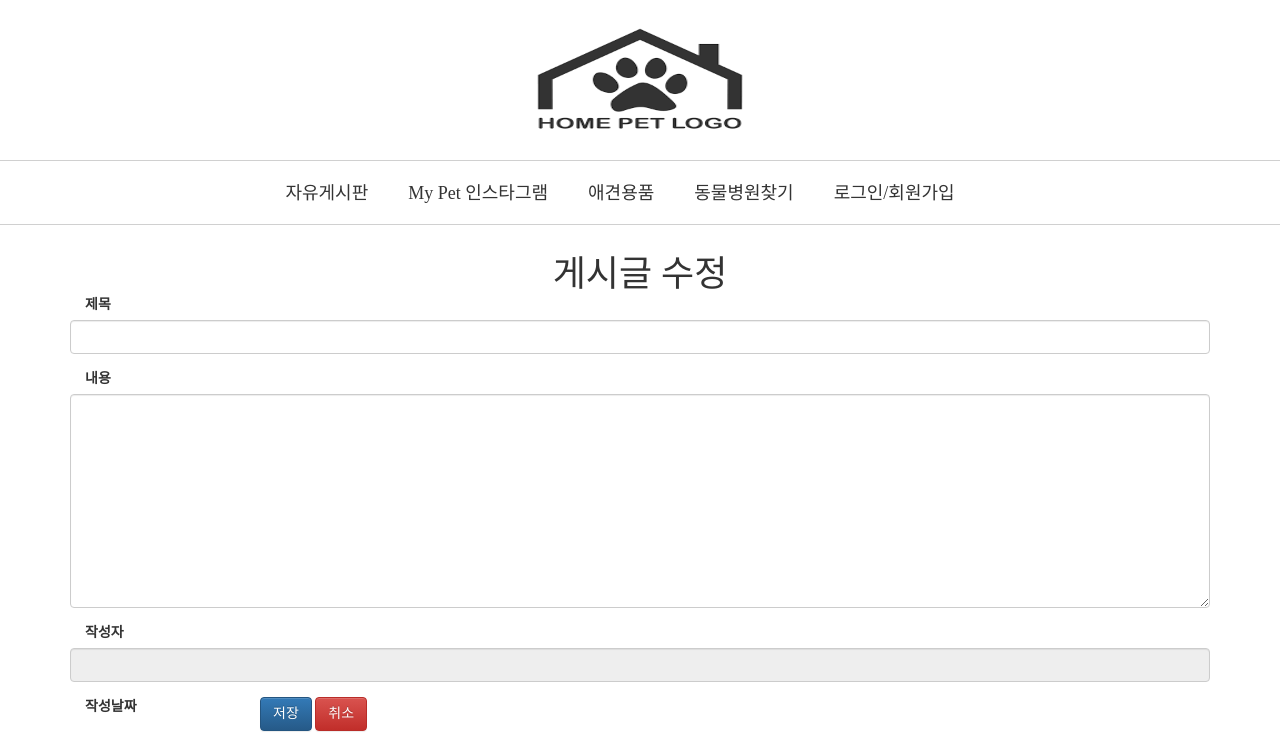
Repository: web1p1/pet
Page: http://localhost/Pet/WEB-INF/views/board/updateView.jsp
These files come from the project's save history. The page is drawn as it stood at one moment and after the next save; the edit follows.
The browser window is 1280 px wide. The pictures show the whole page.
Some web fonts or font styles are not loaded; a fallback is used. Some web libraries are served in a nearby version. The page is served by Tomcat 9. Nobody is signed in. Other server files are loaded and not shown. The template is opened directly, without the code that normally fills it, so the values that code supplies are empty.

Above is the page before, as saved 2023-07-20 04:53:13.

### pet/Pet/src/main/webapp/WEB-INF/views/board/updateView.jsp
<%@ page language="java" contentType="text/html; charset=UTF-8" pageEncoding="UTF-8"%>
<%@ taglib uri="http://java.sun.com/jsp/jstl/core" prefix="c" %>
<%@ taglib prefix="fmt" uri="http://java.sun.com/jsp/jstl/fmt"%>
<html>
	<head>
		<!-- 합쳐지고 최소화된 최신 CSS -->
		<link rel="stylesheet" href="https://maxcdn.bootstrapcdn.com/bootstrap/3.3.2/css/bootstrap.min.css">
		<!-- 부가적인 테마 -->
		<link rel="stylesheet" href="https://maxcdn.bootstrapcdn.com/bootstrap/3.3.2/css/bootstrap-theme.min.css">

		<script src="//cdnjs.cloudflare.com/ajax/libs/jquery/3.2.1/jquery.min.js"></script>
	 	<title>게시판</title>

	 	<style>
	 		.tit {
				text-align:center;
				font-family: 'SBAggroL';
				margin-top: -20px;
			}

			#container {
				  margin-top: -10px;
				  font-family: 'SBAggroL'
			}
	 	</style>
	</head>
	<script type="text/javascript">
		$(document).ready(function(){
			var formObj = $("form[name='updateForm']");

			$(".cancel_btn").on("click", function(){
				event.preventDefault();
				location.href = "/board/list";
			})

			$(".update_btn").on("click", function(){
				if(fn_valiChk()){
					return false;
				}
				formObj.attr("action", "/board/update");
				formObj.attr("method", "post");
				formObj.submit();
			})
		})

		function fn_valiChk(){
			var updateForm = $("form[name='updateForm'] .chk").length;
			for(var i = 0; i<updateForm; i++){
				if($(".chk").eq(i).val() == "" || $(".chk").eq(i).val() == null){
					alert($(".chk").eq(i).attr("title"));
					return true;
				}
			}
		}

	</script>
	<body>
	<%@ include file="/WEB-INF/views/index.jsp"%>
		<div class="container">
			<header>
				<h1 class="tit"> 게시글 수정</h1>
			</header>

			<section id="container">
				<form name="updateForm" role="form" method="post" action="/board/update">
					<input type="hidden" name="bno" value="${update.bno}" readonly="readonly"/>

						<div class="form-group">
						    <label for="title" class="col-sm-2 control-label">제목</label>
						    <input type="text" id="title" name="title" class="form-control chk" value="${update.title}" title="제목을 입력하세요" />
						</div>

						<div class="form-group">
						    <label for="content" class="col-sm-2 control-label">내용</label>
						    <textarea rows="10" cols="80" id="content" name="content" class="form-control chk" title="내용을 입력하세요"><c:out value="${update.content}" /></textarea>
						</div>

						<div class="form-group">
						    <label for="writer" class="col-sm-2 control-label">작성자</label>
						    <input type="text" id="writer" name="writer" class="form-control" value="${update.writer}" readonly="readonly" />
						</div>

						<div class="form-group">
						    <label for="regdate" class="col-sm-2 control-label">작성날짜</label>
						    <fmt:formatDate value="${update.regdate}" pattern="yyyy-MM-dd" />
						</div>

					<div>
						<button type="button" class="update_btn btn btn-primary">저장</button>
						<button type="button" class="cancel_btn btn btn-danger">취소</button>
					</div>
				</form>
			</section>
		</div>
	</body>
</html>

### pet/Pet/src/main/webapp/WEB-INF/views/index.jsp
<%@ page pageEncoding="UTF-8"%>
<!DOCTYPE html>
<html>
<head>
	<title>Home</title>
	<%@ taglib prefix="c" uri="http://java.sun.com/jsp/jstl/core" %>
    <%@ taglib prefix="fn" uri="http://java.sun.com/jsp/jstl/functions" %>
    <link href="${pageContext.request.contextPath}/resources/css/main.css" rel="stylesheet">
</head>

<body>

<div id="page">
		<div id="header">
			<a href="/"><img src="${pageContext.request.contextPath}/resources/img/mainlogo.png" style="width:250px; height :150px; margin-top:-20px;"></a>
		</div>

		<div class="nav">
			<div id="menu" style="position: sticky;">
				<span><a href="/board/list">자유게시판</a></span>
				<span><a href="/">My Pet 인스타그램</a></span>
				<span><a href="/">애견용품</a></span>
				<span><a href="/">동물병원찾기</a></span>
				<span>
					<c:if test="${member == null}"><a href="/member/login">로그인/회원가입</a></c:if>
					<c:if test="${member != null}"><a href="/member/logout">로그아웃</a></c:if>
				</span>
				<span>
					<c:if test="${member != null}">
						<a href="/">마이페이지(${member.userId}님)</a>
					</c:if>
				</span>
			</div>
		</div>
</div>
</body>
</html>

### pet/Pet/src/main/webapp/resources/css/main.css
@charset "UTF-8";

@import url("https://fonts.googleapis.com/css2?family=Spartan:wght@700&display=swap");
@import url(//fonts.googleapis.com/earlyaccess/notosanskr.css);

@font-face {
    font-family: 'SBAggroL';
    src: url('https://cdn.jsdelivr.net/gh/projectnoonnu/noonfonts_2108@1.1/SBAggroL.woff') format('woff');
    font-weight: normal;
    font-style: normal;
}

#page {
	margin: 0px auto;
	margin-bottom: 50px;
	scroll-behavior: smooth;
}

#header {
	margin:30px;
	height:100px;
	text-align:center;
}

#header a {
	text-decoration:none;
	color:#232323;
}

.nav {
	border-bottom: 1px solid #D0D0D0;
	border-top:1px solid #D0D0D0;
	background:white;
	height:65px;
	position: sticky;
	top: 0;
	z-index:10;
}

#menu {
    display: flex;
    width: 100%;
    padding: 10px;
    margin: 0px auto;
    justify-content: center;
    font-family: 'SBAggroL';
}

#menu span {
	padding:0px 20px;
	margin-top:10px;
}

#menu a {
	text-decoration: none;
	font-size: 18px;
	color: #343434;
	padding : 16px 0px;
}

#menu a:hover{
	border-bottom: 3px solid #000000;
	transition: border-bottom .2s;
}

After the next save:
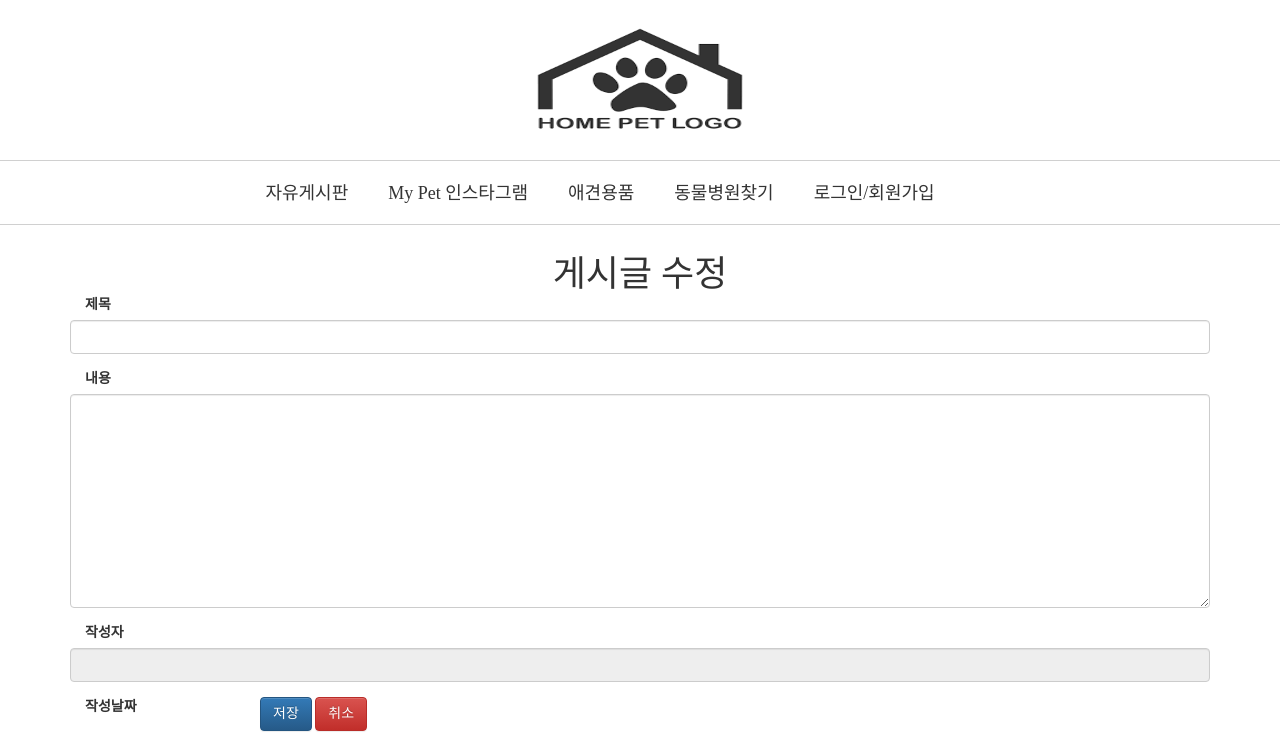
Saved 17 s later.
--- a/pet/Pet/src/main/webapp/WEB-INF/views/index.jsp
+++ b/pet/Pet/src/main/webapp/WEB-INF/views/index.jsp
@@ -30,6 +30,11 @@
 						<a href="/">마이페이지(${member.userId}님)</a>
 					</c:if>
 				</span>
+				<span>
+					<c:if test="${member != null}">
+						<a href="/">마이페이지(${member.userId}님)</a>
+					</c:if>
+				</span>
 			</div>
 		</div>
 </div>

After the save that followed:
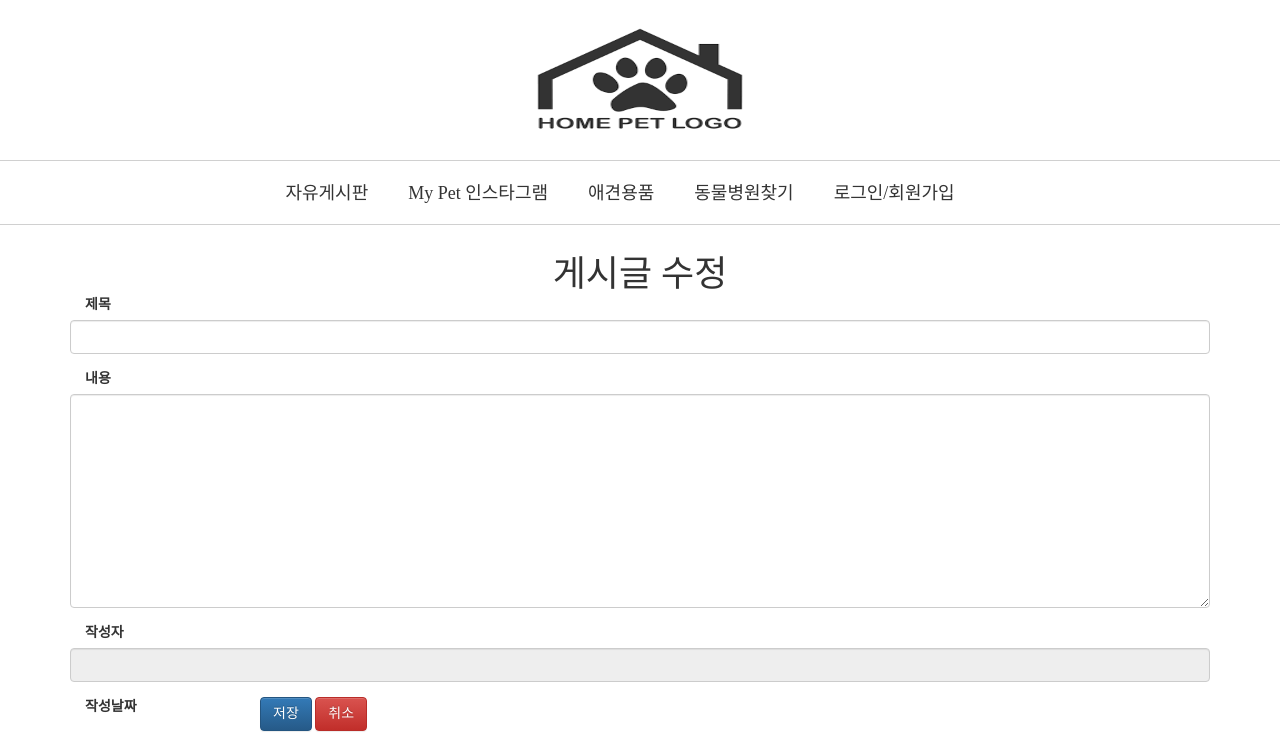
Saved 17 s later.
--- a/pet/Pet/src/main/webapp/WEB-INF/views/index.jsp
+++ b/pet/Pet/src/main/webapp/WEB-INF/views/index.jsp
@@ -30,11 +30,6 @@
 						<a href="/">마이페이지(${member.userId}님)</a>
 					</c:if>
 				</span>
-				<span>
-					<c:if test="${member != null}">
-						<a href="/">마이페이지(${member.userId}님)</a>
-					</c:if>
-				</span>
 			</div>
 		</div>
 </div>
